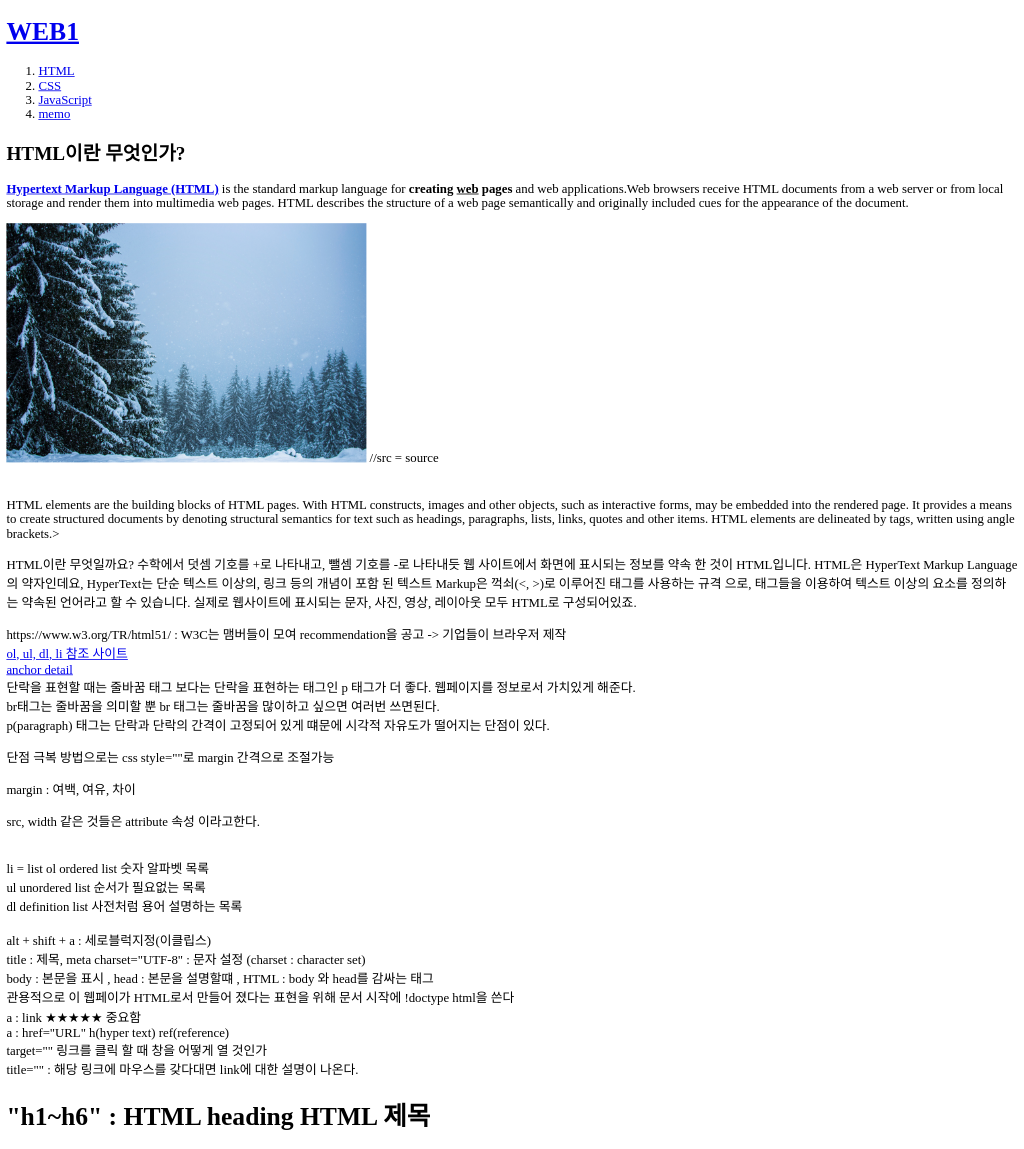
Repository: winterer4/Web-1
Page: HTML5/1.html
These files come from the project's save history. The page is drawn as it stood at one moment and after the next save; the edit follows.
The browser window is 1280 px wide. The pictures show the whole page, at 80% of full size.

Above is the page before, as saved 2018-10-29 07:47:46.

### HTML5/1.html
<!DOCTYPE html>
<html>
<head>
<meta charset="UTF-8">
<title>WEB 1  - HTML</title>
</head>
<body>
 <h1><a href="index.html">WEB1</a></h1>
<ol>
	<li><a href="1.html">HTML      </a></li>
	<li><a href="2.html">CSS       </a></li>
	<li><a href="3.html">JavaScript</a></li>
	<li><a href="memo.html">memo</a></li>
</ol>

	<h2>HTML이란 무엇인가?</h2>
	<p>
		<strong><a : href="https://www.w3.org/TR/html51/" target="_blank" title="html5 specificaiton">Hypertext Markup Language (HTML)</a></strong> is the standard markup language for <strong>creating
			<u>web</u> pages
		</strong> and web applications.Web browsers receive HTML documents from a web
		server or from local storage and render them into multimedia web
		pages. HTML describes the structure of a web page semantically and
		originally included cues for the appearance of the document.
	</p>
	<img src ="one.jpg" width="450">
	//src = source
	<p style="margin-top: 40px;">HTML elements are the building blocks
		of HTML pages. With HTML constructs, images and other objects, such as
		interactive forms, may be embedded into the rendered page. It provides
		a means to create structured documents by denoting structural
		semantics for text such as headings, paragraphs, lists, links, quotes
		and other items. HTML elements are delineated by tags, written using
		angle brackets.></p>

<p>
HTML이란 무엇일까요?

수학에서 덧셈 기호를 +로 나타내고, 뺄셈 기호를 -로 나타내듯
웹 사이트에서 화면에 표시되는 정보를 약속 한 것이 HTML입니다.

HTML은 HyperText Markup Language의 약자인데요,

HyperText는 단순 텍스트 이상의, 링크 등의 개념이 포함 된 텍스트
Markup은 꺽쇠(<, >)로 이루어진 태그를 사용하는 규격
으로, 태그들을 이용하여 텍스트 이상의 요소를 정의하는 약속된 언어라고 할 수 있습니다.

실제로 웹사이트에 표시되는 문자, 사진, 영상, 레이아웃 모두 HTML로 구성되어있죠.
</p>


https://www.w3.org/TR/html51/ : W3C는 맴버들이 모여 recommendation을 공고 -> 기업들이 브라우저 제작


 <br>  <a : href="http://aboooks.tistory.com/87", target="_blank", title="설명">ol, ul, dl, li 참조 사이트</a>
 <br>  <a : href="http://aboooks.tistory.com/87", target="_blank", title="링크에 대한 설명">anchor detail</a>
 <br>
	단락을 표현할 때는 줄바꿈 태그 보다는 단락을 표현하는 태그인 p 태그가 더 좋다. 웹페이지를 정보로서 가치있게 해준다.
	<br> br태그는 줄바꿈을 의미할 뿐 br 태그는 줄바꿈을 많이하고 싶으면 여러번 쓰면된다.
	<br> p(paragraph) 태그는 단락과 단락의 간격이 고정되어 있게 떄문에 시각적 자유도가 떨어지는 단점이 있다.
	<p> 단점 극복 방법으로는 css style=""로 margin 간격으로 조절가능</p>
	 margin : 여백, 여유, 차이
	 <p> src, width 같은 것들은 attribute 속성 이라고한다.</p>
	 <br>li = list
	 ol ordered list 숫자 알파벳 목록<br>
	 ul unordered list 순서가 필요없는 목록<br>
	 dl definition list 사전처럼 용어 설명하는 목록<br>
	  <br>alt + shift + a : 세로블럭지정(이클립스)
	  <br> title : 제목, meta charset="UTF-8" : 문자 설정 (charset : character set)
	  <br> body  : 본문을 표시 , head : 본문을 설명할떄 , HTML : body 와 head를 감싸는 태그
	  <br> 관용적으로 이 웹페이가 HTML로서 만들어 졌다는 표현을 위해 문서 시작에 !doctype html을 쓴다
	  <br> a : link ★★★★★   중요함
	  <br> a : href="URL" h(hyper text) ref(reference) <br> target="" 링크를 클릭 할 때 창을 어떻게 열 것인가 <br>
	  title="" : 해당 링크에 마우스를 갖다대면 link에 대한 설명이 나온다.

</body>

<h1>"h1~h6" : HTML heading HTML 제목</h1>




</html>

After the next save:
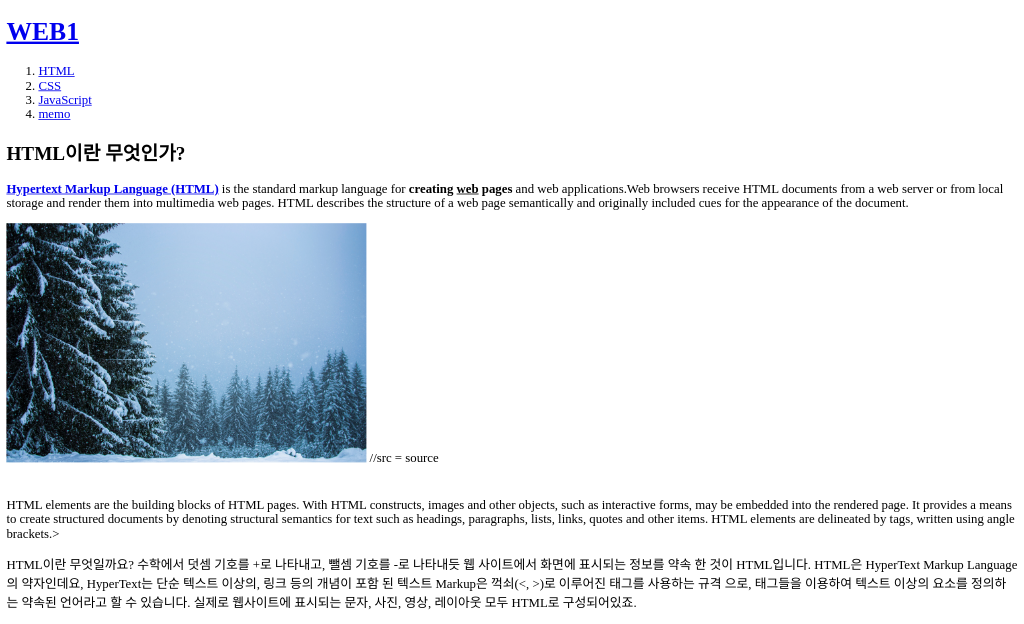
Saved 19 s later.
--- a/HTML5/1.html
+++ b/HTML5/1.html
@@ -45,36 +45,10 @@ Markup은 꺽쇠(<, >)로 이루어진 태그를 사용하는 규격
 으로, 태그들을 이용하여 텍스트 이상의 요소를 정의하는 약속된 언어라고 할 수 있습니다.
 
 실제로 웹사이트에 표시되는 문자, 사진, 영상, 레이아웃 모두 HTML로 구성되어있죠.
-</p>
 
-
-https://www.w3.org/TR/html51/ : W3C는 맴버들이 모여 recommendation을 공고 -> 기업들이 브라우저 제작
-
-
- <br>  <a : href="http://aboooks.tistory.com/87", target="_blank", title="설명">ol, ul, dl, li 참조 사이트</a>
- <br>  <a : href="http://aboooks.tistory.com/87", target="_blank", title="링크에 대한 설명">anchor detail</a>
- <br>
-	단락을 표현할 때는 줄바꿈 태그 보다는 단락을 표현하는 태그인 p 태그가 더 좋다. 웹페이지를 정보로서 가치있게 해준다.
-	<br> br태그는 줄바꿈을 의미할 뿐 br 태그는 줄바꿈을 많이하고 싶으면 여러번 쓰면된다.
-	<br> p(paragraph) 태그는 단락과 단락의 간격이 고정되어 있게 떄문에 시각적 자유도가 떨어지는 단점이 있다.
-	<p> 단점 극복 방법으로는 css style=""로 margin 간격으로 조절가능</p>
-	 margin : 여백, 여유, 차이
-	 <p> src, width 같은 것들은 attribute 속성 이라고한다.</p>
-	 <br>li = list
-	 ol ordered list 숫자 알파벳 목록<br>
-	 ul unordered list 순서가 필요없는 목록<br>
-	 dl definition list 사전처럼 용어 설명하는 목록<br>
-	  <br>alt + shift + a : 세로블럭지정(이클립스)
-	  <br> title : 제목, meta charset="UTF-8" : 문자 설정 (charset : character set)
-	  <br> body  : 본문을 표시 , head : 본문을 설명할떄 , HTML : body 와 head를 감싸는 태그
-	  <br> 관용적으로 이 웹페이가 HTML로서 만들어 졌다는 표현을 위해 문서 시작에 !doctype html을 쓴다
-	  <br> a : link ★★★★★   중요함
-	  <br> a : href="URL" h(hyper text) ref(reference) <br> target="" 링크를 클릭 할 때 창을 어떻게 열 것인가 <br>
-	  title="" : 해당 링크에 마우스를 갖다대면 link에 대한 설명이 나온다.
 
 </body>
 
-<h1>"h1~h6" : HTML heading HTML 제목</h1>
 
 
 
